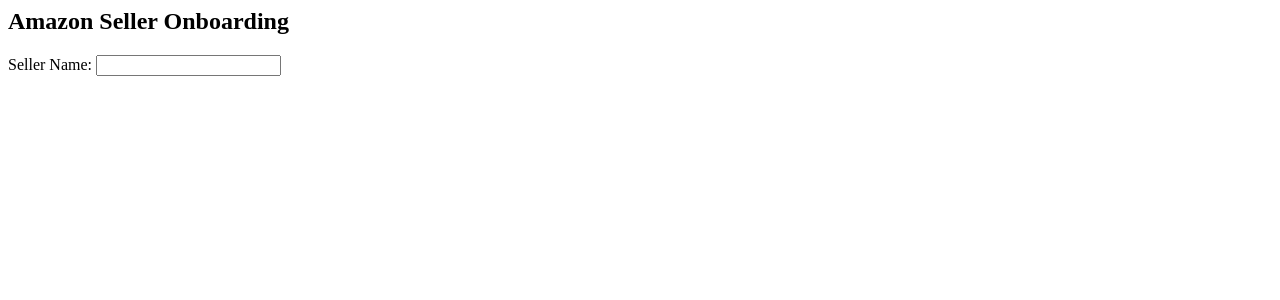
Repository: munnaksah/spring-framework-core
Page: http://localhost/Amazon-Reseller-Onboarding/
The author's editor kept a copy of each file at every save. The page is drawn from the files as they stood at one save, then again after the next save.
The browser window is 1280 px wide. The pictures show the whole page.
The page is served by Tomcat 9.

Above is the page before, as saved 2026-04-03 09:44:22.

After the next save:
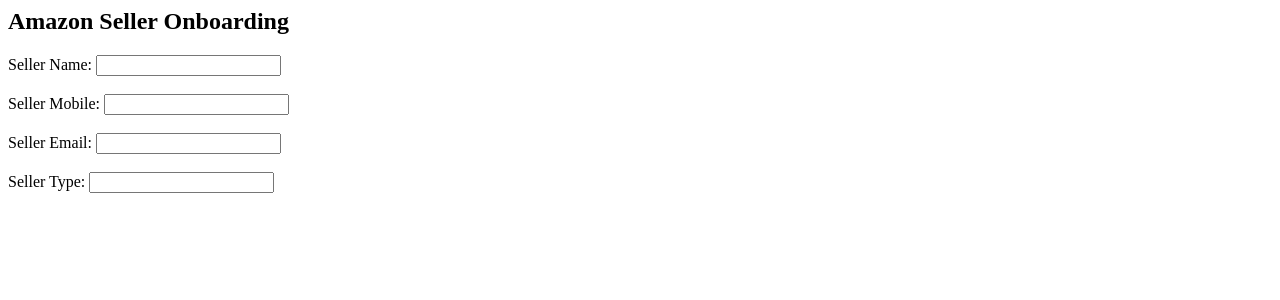
Saved 3 min 11 s later.
--- a/Amazon-Reseller-Onboarding/src/main/webapp/index.jsp
+++ b/Amazon-Reseller-Onboarding/src/main/webapp/index.jsp
@@ -4,7 +4,10 @@
 
 <form action="onboarding"></form>
 
-Seller Name: <input>
+Seller Name: <input type = "text" name = "sellerName"><br><br>
+Seller Mobile: <input type = "text" name = "sellerMobile"><br><br>
+Seller Email: <input type = "text" name = "sellerEmail"><br><br>
+Seller Type: <input type = "text" name = "sellerType"><br><br>
 
 
 
